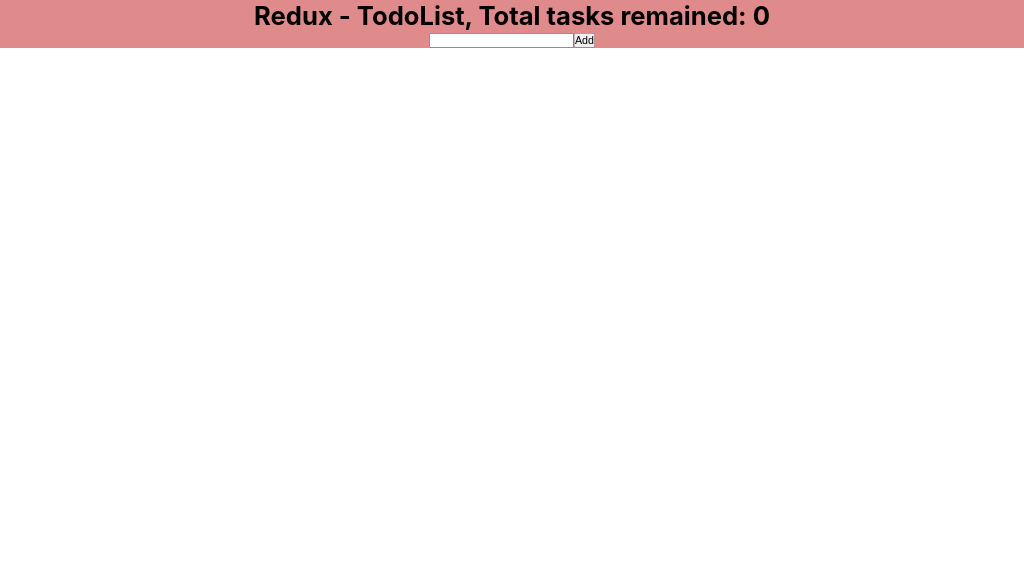
Repository: BhanuKaukuntla/TodoApp
Page: /
An editor plug-in stored every save of this project. The page is shown before and after the next save, followed by the edit.
The browser window is 1280 px wide. The pictures show the whole page, at 80% of full size.
The project was rebuilt for these pictures with package versions that can differ from the ones it lists, and the page was loaded fresh each time. Also part of the build but not shown: src/components/TodoItem/TodoItem.js.

Above is the page before, as saved 2021-12-01 10:07:39.

### src/index.js
import React from "react";
import ReactDOM from "react-dom";
import "./index.css";
import App from "./App";
import { Provider } from "react-redux";
import store from "./store";
import { PersistGate } from "redux-persist/integration/react";
import { persistor } from "./store";

ReactDOM.render(
  <React.StrictMode>
    <Provider store={store}>
      <PersistGate persistor={persistor}>
        <App />
      </PersistGate>
    </Provider>
  </React.StrictMode>,
  document.getElementById("root")
);

### src/index.css
*{
  margin: 0;
  padding: 0;
  /* font-family: "montserrat",sans-serif; */
  /* box-sizing: border-box; */
}

body {
  margin: 0;
  font-family: -apple-system, BlinkMacSystemFont, "Segoe UI", "Roboto", "Oxygen",
    "Ubuntu", "Cantarell", "Fira Sans", "Droid Sans", "Helvetica Neue",
    sans-serif;
  -webkit-font-smoothing: antialiased;
  -moz-osx-font-smoothing: grayscale;
}

code {
  font-family: source-code-pro, Menlo, Monaco, Consolas, "Courier New",
    monospace;
}
.App {
  text-align: center;
  /* height: 200vh; */
  /* max-height: 100%; */
  /* background-color: #e77a7a; */
  background-color: #df8b8b;
  margin-top: 0%;
  /* position: fixed; */
  width: 100%;
}

### src/App.js
import AddTodo from "./components/AddTodo/AddTodo";
import TodoList from "./components/TodoList/TodoList";
import { useSelector } from "react-redux";
function App() {
  const taskobj = useSelector((state) => state.todos.data);
  return (
    <div className='App'>
      <h1>Redux - TodoList, Total tasks remained: {taskobj.length}</h1>
      <AddTodo />
      <TodoList />
    </div>
  );
}

export default App;

### src/store.js
import { createStore } from "redux";
import rootReducer from "./reducers";
import { persistStore, persistReducer } from "redux-persist";
import storage from "redux-persist/lib/storage";

const persistConfig = {
  key: "root",
  storage,
};

const persistedReducer = persistReducer(persistConfig, rootReducer);

const store = createStore(
  persistedReducer,
  window.__REDUX_DEVTOOLS_EXTENSION__ && window.__REDUX_DEVTOOLS_EXTENSION__()
);

export const persistor = persistStore(store);

export default store;

### src/components/AddTodo/AddTodo.js
import React, { useState } from "react";
import { useDispatch } from "react-redux";
import { addTodo } from "../../actions";
import cuid from "cuid";

const AddTodo = () => {
  const [tasks, setTasks] = useState("");
  const dispatch = useDispatch();
  function handleInputChange(e) {
    setTasks(e.target.value);
    console.log(tasks);
  }
  function handleFormSubmit(e) {
    e.preventDefault();
    dispatch(addTodo({ task: tasks, id: cuid() }));
    e.target.userInput.value = "";
    console.log(tasks);
  }
  return (
    <form onSubmit={handleFormSubmit}>
      <input
        type='text'
        name='userInput'
        onChange={(e) => handleInputChange(e)}
      />
      <button type='submit'>Add</button>
    </form>
  );
};

export default AddTodo;

### src/components/TodoList/TodoList.js
import React from "react";
import TodoItem from "../TodoItem/TodoItem";
import { useSelector } from "react-redux";

const TodoList = () => {
  const taskobj = useSelector((state) => state.todos.data);
  const taskItems = taskobj.map((task) => {
    return <TodoItem task={task} key={task.id} />;
  });

  return <div>{taskItems}</div>;
};

export default TodoList;

### src/reducers/index.js
import { combineReducers } from "redux";
import todos from "./todos";

const rootReducer = combineReducers({
  todos,
});
export default rootReducer;

### src/actions/index.js
import { ADD_TODO, DELETE_TODO, UPDATE_TODO } from "./types";

export const addTodo = (message) => ({
  type: ADD_TODO,
  message,
});

export const deleteTodo = (id) => ({
  type: DELETE_TODO,
  id,
});

export const updateTodo = ({ message, id }) => ({
  type: UPDATE_TODO,
  message,
  id,
});

### src/reducers/todos.js
const initialState = {
  data: [],
};

const todos = (state = initialState, action) => {
  switch (action.type) {
    case "ADD_TODO":
      return {
        ...state,
        data: [...state.data, action.message],
      };
    case "DELETE_TODO":
      return {
        ...state,
        data: [...state.data.filter((todo) => todo.id !== action.id)],
      };
    case "UPDATE_TODO":
      return {
        ...state,
        data: [
          ...state.data.filter((todo) => todo.id !== action.id),
          { task: action.message, id: action.id },
        ],
      };
    default:
      return state;
  }
};

export default todos;

### src/actions/types.js
export const ADD_TODO = "ADD_TODO";
export const DELETE_TODO = "DELETE_TODO";
export const UPDATE_TODO = "UPDATE_TODO";

Loaded but not shown: public/index.html (common file)

After the next save:
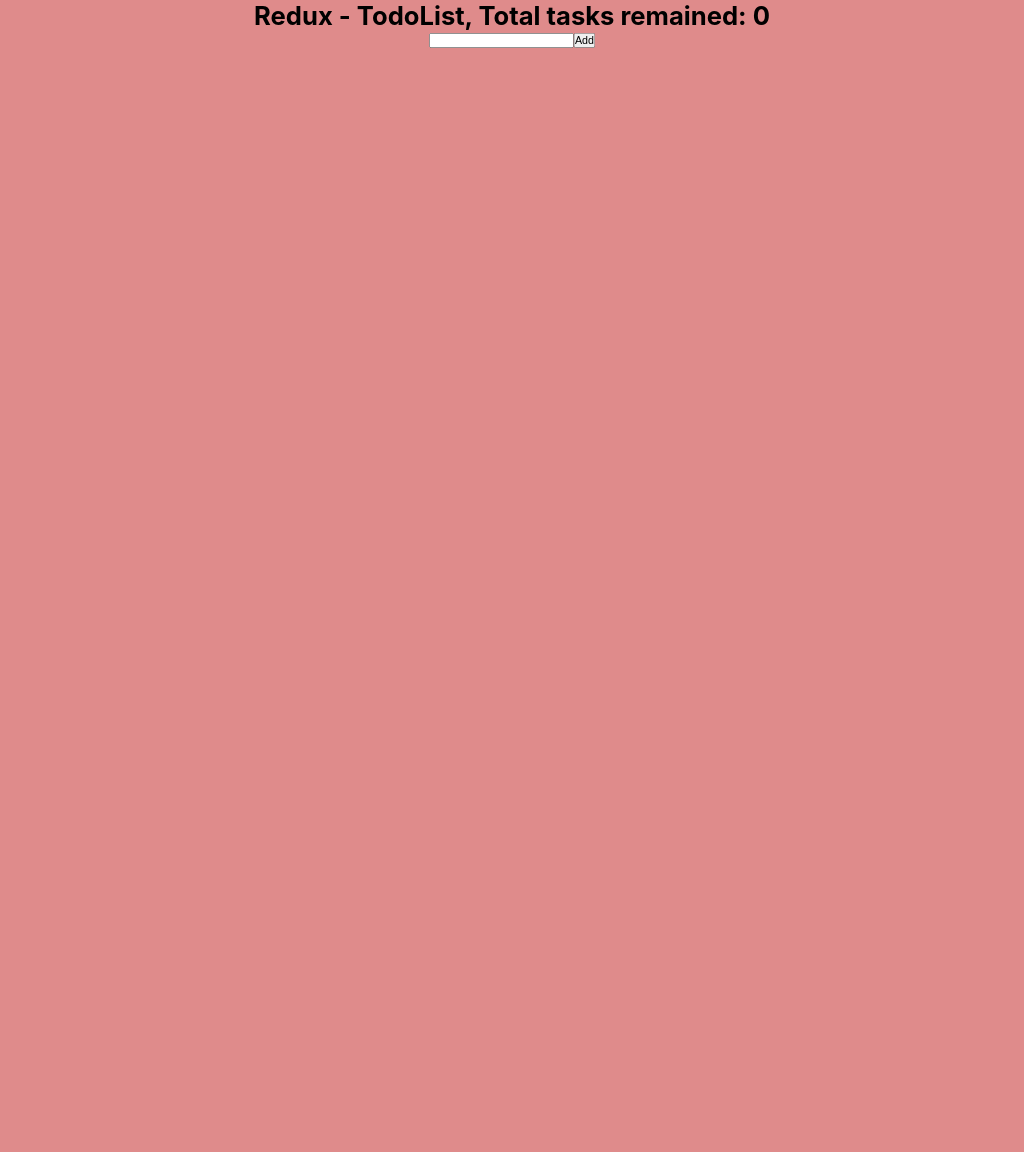
Saved 28 s later.
--- a/src/index.css
+++ b/src/index.css
@@ -20,7 +20,7 @@
 }
 .App {
   text-align: center;
-  /* height: 200vh; */
+  height: 200vh;
   /* max-height: 100%; */
   /* background-color: #e77a7a; */
   background-color: #df8b8b;

After the save that followed:
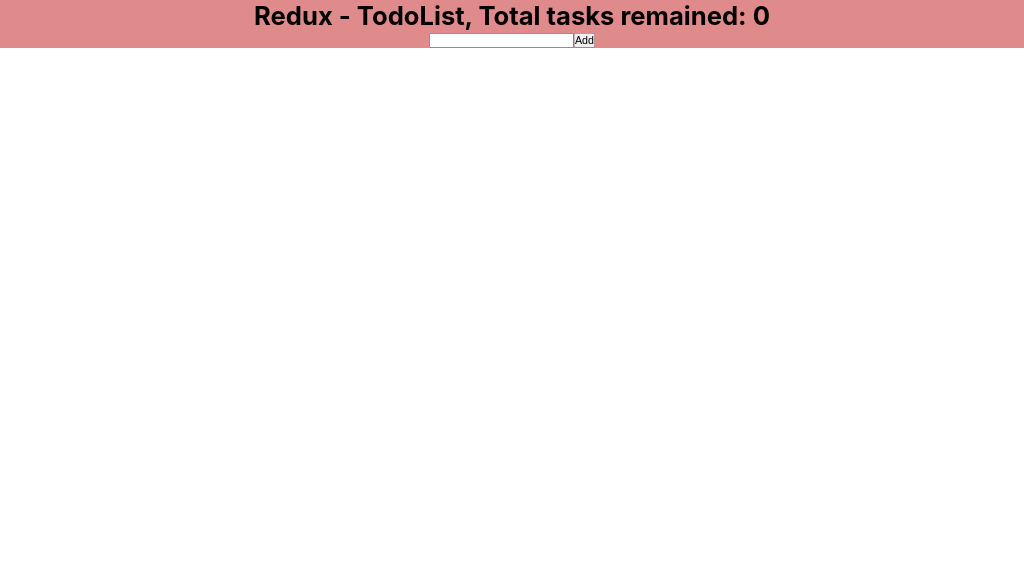
Saved 15 s later.
--- a/src/index.css
+++ b/src/index.css
@@ -20,7 +20,7 @@
 }
 .App {
   text-align: center;
-  height: 200vh;
+  /* height: 200vh; */
   /* max-height: 100%; */
   /* background-color: #e77a7a; */
   background-color: #df8b8b;
